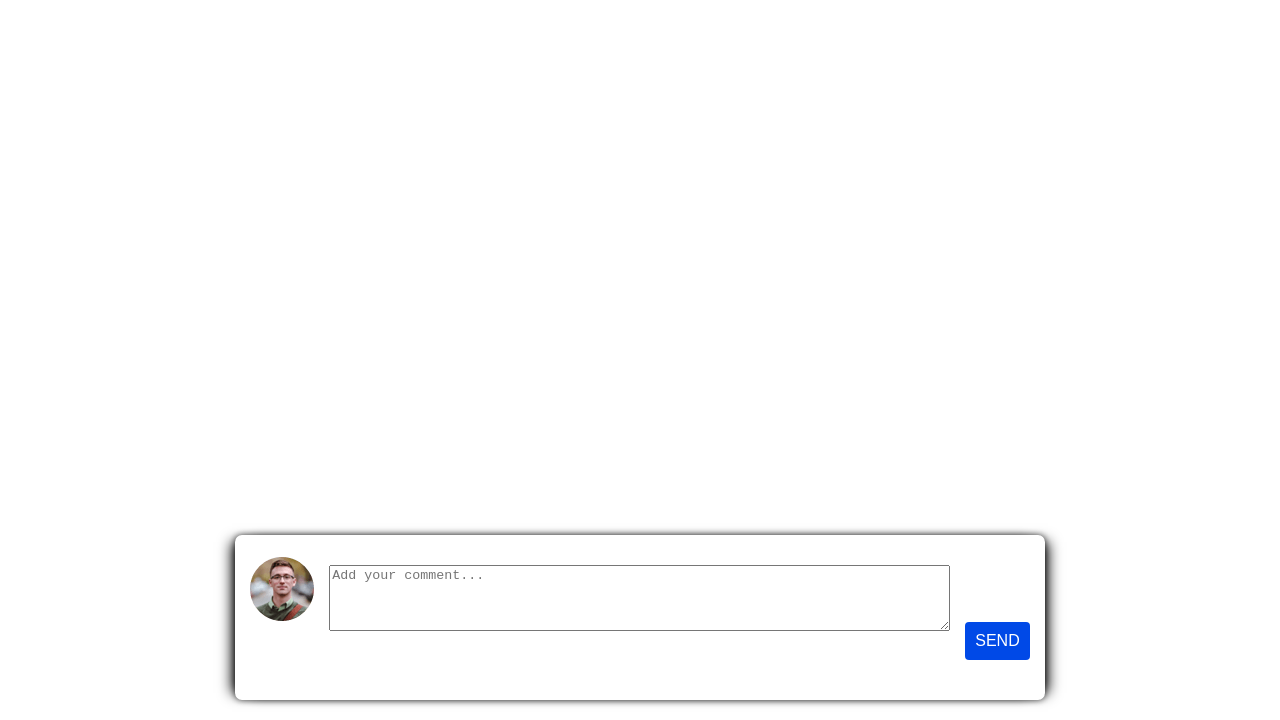
Repository: badhon252/interactive-comments-section
Page: /
An editor plug-in stored every save of this project. The page is shown before and after the next save, followed by the edit.
The browser window is 1280 px wide. The pictures show the whole page.
The project was rebuilt for these pictures with package versions that can differ from the ones it lists, and the page was loaded fresh each time.

Above is the page before, as saved 2022-01-28 15:08:13.

After the next save:
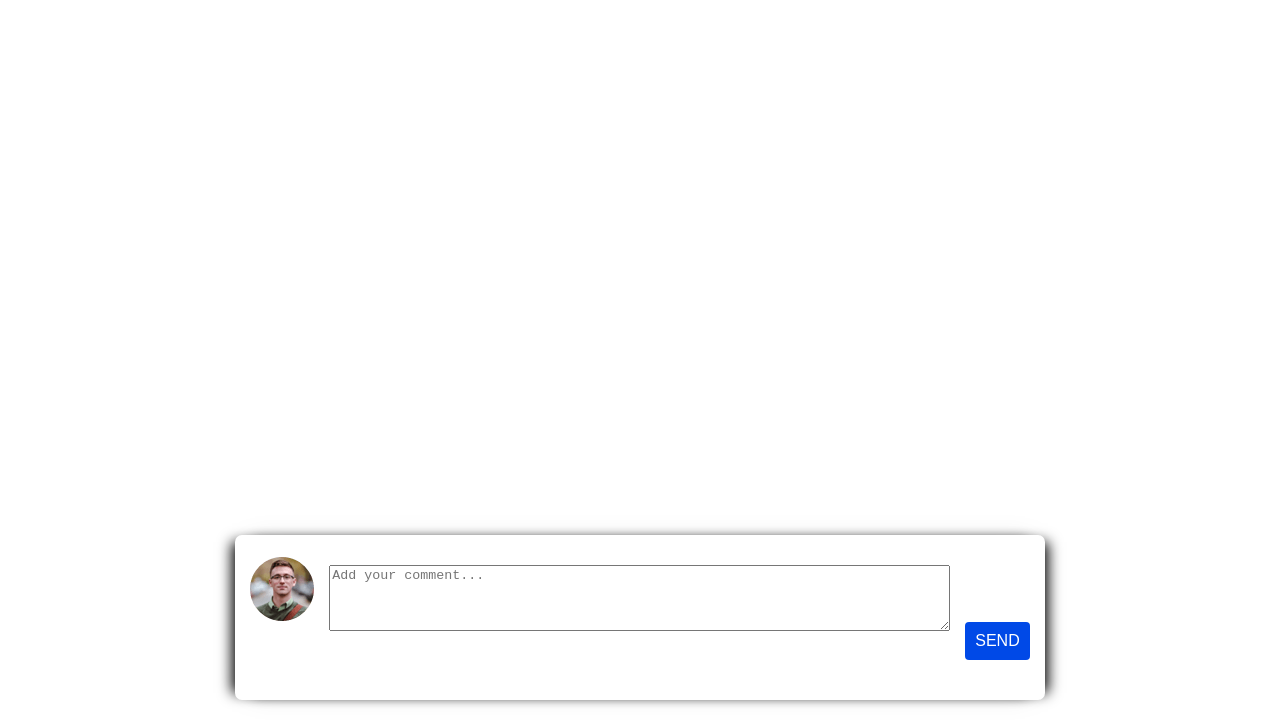
Saved 36 s later.
--- a/src/App.css
+++ b/src/App.css
@@ -39,9 +39,9 @@ textarea {
 
 .shadow {
   -webkit-box-shadow: -10px 0px 13px -7px #000000, 10px 0px 13px -7px #000000,
-    0px 0px 6px 0px rgba(0, 0, 0, 0.66);
+    0px 0px 31px -15px rgba(0, 0, 0, 0.25);
   box-shadow: -10px 0px 13px -7px #000000, 10px 0px 13px -7px #000000,
-    0px 0px 6px 0px rgba(0, 0, 0, 0.66);
+    0px 0px 31px -15px rgba(0, 0, 0, 0.25);
 }
 
 /* single comment section ==== */
